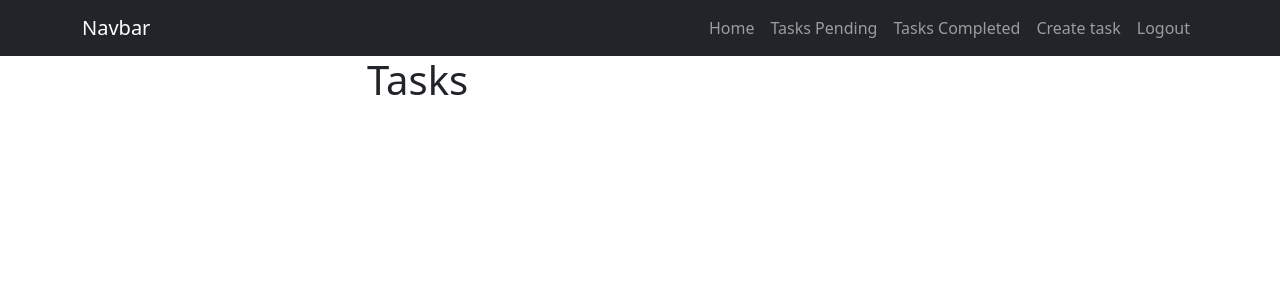
Repository: dbettancourt/django-auth-crud
Page: http://localhost/tasks/
These files come from the project's save history. The page is drawn as it stood at one moment and after the next save; the edit follows.
The browser window is 1280 px wide. The pictures show the whole page.
The page is served by the project's application, run on Django 4.2 (manage.py). A made-up administrator, testuser (Test User, test@example.com), is signed in. Other server files are loaded and not shown. Queries for data that is not in the repository find no rows.

Above is the page before, as saved 2023-06-06 11:41:31.

### tasks/templates/tasks.html
{% extends 'base.html' %}

{% block content %}


<main class="container">
    <div class="row">
        <div class="col-md-6 offset-md-3">
            <h1>Tasks</h1>
            <ul class="list-group">
                {% for task in tasks %}
                <a class="list-group-item"  href="{% url 'task_detail' task.id %}">
                        <header class="d-flex justify-content-between">
                            {% if task.important %}
                            <h1 class="fw-bold text-success">{{task.title}}</h1>

                            {% else %}
                                <h1 class="fw-bold"> {{task.title}}</h1>
                            {% endif %}

                            <p>{{task.user.username}}</p>
                        </header>

                        <p>{{task.description}}</p>


                        <p>{{task.datecompleted|date:'j M Y'}}</p>

                </a>

                {% endfor %}
            </ul>
        </div>
    </div>
</main>

{% endblock %}

### tasks/templates/base.html
<!DOCTYPE html>
<!--[if lt IE 7]>      <html class="no-js lt-ie9 lt-ie8 lt-ie7"> <![endif]-->
<!--[if IE 7]>         <html class="no-js lt-ie9 lt-ie8"> <![endif]-->
<!--[if IE 8]>         <html class="no-js lt-ie9"> <![endif]-->
<!--[if gt IE 8]>      <html class="no-js"> <!--<![endif]-->
<html>
    <head>
        <meta charset="utf-8">
        <meta http-equiv="X-UA-Compatible" content="IE=edge">
        <title>Pagina Base Django</title>
        <meta name="description" content="">
        <meta name="viewport" content="width=device-width, initial-scale=1">
        <link rel="stylesheet" href="">
        <link rel="stylesheet" href="https://cdn.jsdelivr.net/npm/bootstrap@5.3.0/dist/css/bootstrap.min.css">
       <link rel="stylesheet" href="https://cdn.jsdelivr.net/npm/bootstrap-icons@1.5.0/font/bootstrap-icons.css">

    </head>
    <body>
        <!--[if lt IE 7]>
            <p class="browsehappy">You are using an <strong>outdated</strong> browser. Please <a href="#">upgrade your browser</a> to improve your experience.</p>
        <![endif]-->
        <nav class="navbar navbar-expand-lg bg-dark navbar-dark">
            <div class="container">
              <a class="navbar-brand" href="#">Navbar</a>
              <button class="navbar-toggler" type="button" data-bs-toggle="collapse" data-bs-target="#navbarNav" aria-controls="navbarNav" aria-expanded="false" aria-label="Toggle navigation">
                <span class="navbar-toggler-icon"></span>
              </button>
              <div class="collapse navbar-collapse" id="navbarNav">
                <ul class="navbar-nav ms-auto">
                    <li class="nav-item">
                        <a href="/"  class="nav-link">Home</a>
                    </li>
                    {% if user.is_authenticated %}
                    <li class="nav-item">
                        <a href="/tasks"  class="nav-link">Tasks Pending</a>
                    </li>
                    <li class="nav-item">
                        <a href="/tasks_completed"  class="nav-link">Tasks Completed</a>
                    </li>
                    <li class="nav-item">
                        <a href="/tasks/create"  class="nav-link">Create task</a>
                    </li>

                    <li class="nav-item">
                        <a href="/logout"  class="nav-link">Logout</a>
                    </li>
                    {% else %}
                    <li class="nav-item">
                        <a href="/signup"  class="nav-link">Signup</a>
                    </li>
                    <li class="nav-item">
                        <a href="/signin"  class="nav-link">Signin</a>
                    </li>
                    {% endif %}
                </ul>
              </div>
            </div>
          </nav>

        <script src="" async defer></script>

        {% block content %}
        {% endblock %}

    </body>
</html>

### tasks/views.py
from django.shortcuts import render, redirect, get_object_or_404
from django.contrib.auth.forms import UserCreationForm, AuthenticationForm
from django.contrib.auth.models import User
from django.contrib.auth import login, logout, authenticate
from django.db import IntegrityError
from .forms import TaskForm
from .models import Task
from django.utils import timezone
from django.contrib.auth.decorators import login_required



# Create your views here.
def home(request):
    return render(request, 'home.html')

def signup(request):

    if request.method == 'GET':
         return render(request, 'signup.html',{
        'form': UserCreationForm
    })

    else:
        if request.POST['password1'] == request.POST['password2']:
            try:
                user = User.objects.create_user(username=request.POST['username'], password=request.POST['password1'])
                user.save()
                login(request, user)
                return redirect ('tasks')
            except IntegrityError:
                return render(request, 'signup.html',{
                    'form': UserCreationForm,
                    'error': 'El usuario ya existe'
                    })
        return render(request, 'signup.html', {
            'form': UserCreationForm,
            'error': 'Las contraseñas no coinciden'
            })

@login_required
def tasks(request):
    tasks = Task.objects.filter(user=request.user, datecompleted__isnull=True)
    return render(request, 'tasks.html', {'tasks': tasks})

@login_required
def tasks_completed(request):
    tasks = Task.objects.filter(user=request.user, datecompleted__isnull=False).order_by ('-datecompleted')
    return render(request, 'tasks.html', {'tasks': tasks})

@login_required
def create_task(request):

    if request.method == 'GET':
        return render(request, 'create_task.html', {
            'form': TaskForm
        })
    else:
        try:
            form = TaskForm(request.POST)
            new_task = form.save(commit=False)
            new_task.user = request.user
            new_task.save()
            return redirect('tasks')
        except ValueError:
            return render(request, 'create_task.html', {
                'form': TaskForm,
                'error': 'Por favor ingresar datos validos'
             })

@login_required
def task_detail(request, task_id):
    if request.method == 'GET':
        task = get_object_or_404(Task, pk=task_id, user=request.user)
        form = TaskForm(instance=task)
        return render(request, 'task_detail.html', {'task': task, 'form': form})
    else:
        try:
            task = get_object_or_404(Task, pk=task_id, user=request.user)
            form = TaskForm(request.POST, instance=task)
            form.save()
            return redirect('tasks')
        except ValueError:
            return render(request, 'task_detail.html', {'task': task, 'form': form, 'error': "Error al actualizar"})

@login_required
def complete_task(request, task_id):
    task = get_object_or_404(Task, pk=task_id, user=request.user)
    if request.method == 'POST':
        task.datecompleted = timezone.now()
        task.save()
        return redirect('tasks')

@login_required
def delete_task(request, task_id):
    task = get_object_or_404(Task, pk=task_id, user=request.user)
    if request.method == 'POST':
        task.datecompleted = timezone.now()
        task.delete()
        return redirect('tasks')

@login_required
def signout(request):
    logout(request)
    return redirect('home')

def signin(request):
    if request.method=='GET':
        return render(request, 'signin.html', {
            'form': AuthenticationForm
        })
    else:
        user = authenticate(
            request, username=request.POST['username'], password=request.POST['password'])

        if user is None:
            return render(request, 'signin.html', {
                'form': AuthenticationForm,
                'error': 'Usuario o password es incorrecta'
            })
        else:
            login(request, user)
            return redirect('tasks')

### djangocrud/urls.py
"""
URL configuration for djangocrud project.

The `urlpatterns` list routes URLs to views. For more information please see:
    https://docs.djangoproject.com/en/4.2/topics/http/urls/
Examples:
Function views
    1. Add an import:  from my_app import views
    2. Add a URL to urlpatterns:  path('', views.home, name='home')
Class-based views
    1. Add an import:  from other_app.views import Home
    2. Add a URL to urlpatterns:  path('', Home.as_view(), name='home')
Including another URLconf
    1. Import the include() function: from django.urls import include, path
    2. Add a URL to urlpatterns:  path('blog/', include('blog.urls'))
"""
from django.contrib import admin
from django.urls import path
from tasks import views

urlpatterns = [
    path('admin/', admin.site.urls),
    path('', views.home, name='home'),
    path('signup/', views.signup, name='signup'),
    path('tasks/', views.tasks, name='tasks'),
    path('tasks_completed/', views.tasks_completed, name='_completed'),
    path('tasks/create/', views.create_task, name='create_tasks'),
    path('tasks/<int:task_id>/', views.task_detail, name='task_detail'),
    path('tasks/<int:task_id>/complete', views.complete_task, name='complete_task'),
    path('tasks/<int:task_id>/delete', views.delete_task, name='delete_task'),
    path('logout/', views.signout, name='logout'),
    path('signin/', views.signin, name='signin')
]

After the next save:
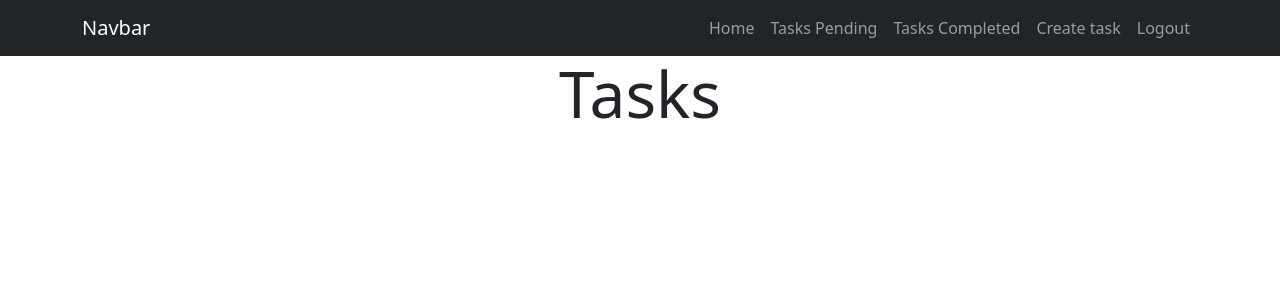
Saved 74 s later.
--- a/tasks/templates/tasks.html
+++ b/tasks/templates/tasks.html
@@ -6,7 +6,7 @@
 <main class="container">
     <div class="row">
         <div class="col-md-6 offset-md-3">
-            <h1>Tasks</h1>
+            <h1 class="text-center display-3" >Tasks</h1>
             <ul class="list-group">
                 {% for task in tasks %}
                 <a class="list-group-item"  href="{% url 'task_detail' task.id %}">
